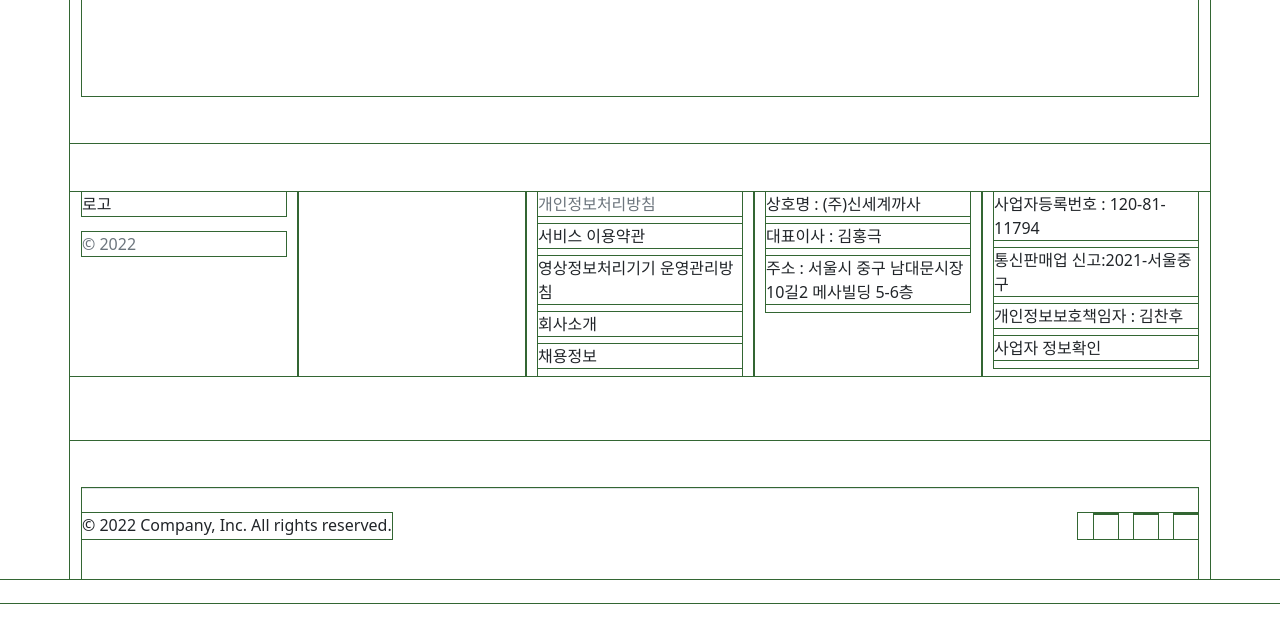
Repository: raoniee/Elice-House-Project
Page: FE/src/components/footer/footer.html
The author's editor kept a copy of each file at every save. The page is drawn from the files as they stood at one save, then again after the next save.
The browser window is 1280 px wide. The pictures show the whole page.

Above is the page before, as saved 2023-07-04 17:02:20.

### FE/src/components/footer/footer.html
<!DOCTYPE html>
<html lang="ko">
  <head>
    <meta charset="UTF-8" />
    <meta http-equiv="X-UA-Compatible" content="IE=edge" />
    <meta name="viewport" content="width=device-width, initial-scale=1.0" />
    <title>Elice-House</title>
    <link
      href="https://cdn.jsdelivr.net/npm/bootstrap@5.2.3/dist/css/bootstrap.min.css"
      rel="stylesheet"
      integrity="sha384-rbsA2VBKQhggwzxH7pPCaAqO46MgnOM80zW1RWuH61DGLwZJEdK2Kadq2F9CUG65"
      crossorigin="anonymous"
    />
    <style>
      * {
        outline: 1px solid #363;
      }
    </style>
  </head>
  <body>
    <div class="container">
      <footer class="py-5"></footer>
      <div class="row py-5 my-5">
        <div class="col mb-3">
          <a
            href="/"
            class="d-flex align-items-center mb-3 link-dark text-decoration-none"
          >
            로고
          </a>
          <p class="text-muted">&copy; 2022</p>
        </div>

        <div class="col mb-3"></div>

        <div class="col mb-3">
          <ul class="nav flex-column">
            <li class="nav-item mb-2 text-muted">개인정보처리방침</li>
            <li class="nav-item mb-2">서비스 이용약관</li>
            <li class="nav-item mb-2">영상정보처리기기 운영관리방침</li>
            <li class="nav-item mb-2">회사소개</li>
            <li class="nav-item mb-2">채용정보</li>
          </ul>
        </div>

        <div class="col mb-3">
          <ul class="nav flex-column">
            <li class="nav-item mb-2">상호명 : (주)신세계까사</li>
            <li class="nav-item mb-2">대표이사 : 김홍극</li>
            <li class="nav-item mb-2">
              주소 : 서울시 중구 남대문시장10길2 메사빌딩 5-6층
            </li>
          </ul>
        </div>

        <div class="col mb-3">
          <ul class="nav flex-column">
            <li class="nav-item mb-2">사업자등록번호 : 120-81-11794</li>
            <li class="nav-item mb-2">통신판매업 신고:2021-서울중구</li>
            <li class="nav-item mb-2">개인정보보호책임자 : 김찬후</li>
            <li class="nav-item mb-2">사업자 정보확인</li>
          </ul>
        </div>
      </div>
      <div
        class="d-flex flex-column flex-sm-row justify-content-between py-4 my-4 border-top"
      >
        <p>&copy; 2022 Company, Inc. All rights reserved.</p>
        <ul class="list-unstyled d-flex">
          <li class="ms-3">
            <a class="link-dark" href="#"
              ><svg class="bi" width="24" height="24">
                <use xlink:href="#twitter" /></svg
            ></a>
          </li>
          <li class="ms-3">
            <a class="link-dark" href="#"
              ><svg class="bi" width="24" height="24">
                <use xlink:href="#instagram" /></svg
            ></a>
          </li>
          <li class="ms-3">
            <a class="link-dark" href="#"
              ><svg class="bi" width="24" height="24">
                <use xlink:href="#facebook" /></svg
            ></a>
          </li>
        </ul>
      </div>
    </div>

    <script
      src="https://cdn.jsdelivr.net/npm/bootstrap@5.2.3/dist/js/bootstrap.bundle.min.js"
      integrity="sha384-kenU1KFdBIe4zVF0s0G1M5b4hcpxyD9F7jL+jjXkk+Q2h455rYXK/7HAuoJl+0I4"
      crossorigin="anonymous"
    ></script>
  </body>
</html>

After the next save:
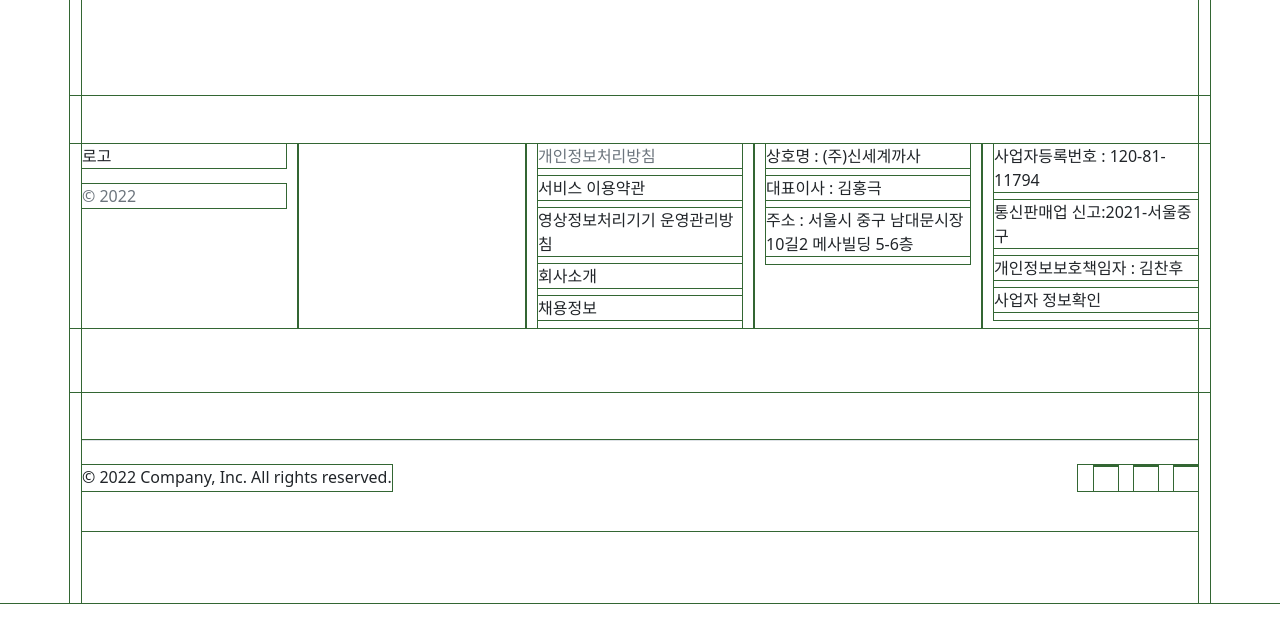
Saved 13 s later.
--- a/FE/src/components/footer/footer.html
+++ b/FE/src/components/footer/footer.html
@@ -19,74 +19,75 @@
   </head>
   <body>
     <div class="container">
-      <footer class="py-5"></footer>
-      <div class="row py-5 my-5">
-        <div class="col mb-3">
-          <a
-            href="/"
-            class="d-flex align-items-center mb-3 link-dark text-decoration-none"
-          >
-            로고
-          </a>
-          <p class="text-muted">&copy; 2022</p>
+      <footer class="py-5">
+        <div class="row py-5 my-5">
+          <div class="col mb-3">
+            <a
+              href="/"
+              class="d-flex align-items-center mb-3 link-dark text-decoration-none"
+            >
+              로고
+            </a>
+            <p class="text-muted">&copy; 2022</p>
+          </div>
+
+          <div class="col mb-3"></div>
+
+          <div class="col mb-3">
+            <ul class="nav flex-column">
+              <li class="nav-item mb-2 text-muted">개인정보처리방침</li>
+              <li class="nav-item mb-2">서비스 이용약관</li>
+              <li class="nav-item mb-2">영상정보처리기기 운영관리방침</li>
+              <li class="nav-item mb-2">회사소개</li>
+              <li class="nav-item mb-2">채용정보</li>
+            </ul>
+          </div>
+
+          <div class="col mb-3">
+            <ul class="nav flex-column">
+              <li class="nav-item mb-2">상호명 : (주)신세계까사</li>
+              <li class="nav-item mb-2">대표이사 : 김홍극</li>
+              <li class="nav-item mb-2">
+                주소 : 서울시 중구 남대문시장10길2 메사빌딩 5-6층
+              </li>
+            </ul>
+          </div>
+
+          <div class="col mb-3">
+            <ul class="nav flex-column">
+              <li class="nav-item mb-2">사업자등록번호 : 120-81-11794</li>
+              <li class="nav-item mb-2">통신판매업 신고:2021-서울중구</li>
+              <li class="nav-item mb-2">개인정보보호책임자 : 김찬후</li>
+              <li class="nav-item mb-2">사업자 정보확인</li>
+            </ul>
+          </div>
         </div>
-
-        <div class="col mb-3"></div>
-
-        <div class="col mb-3">
-          <ul class="nav flex-column">
-            <li class="nav-item mb-2 text-muted">개인정보처리방침</li>
-            <li class="nav-item mb-2">서비스 이용약관</li>
-            <li class="nav-item mb-2">영상정보처리기기 운영관리방침</li>
-            <li class="nav-item mb-2">회사소개</li>
-            <li class="nav-item mb-2">채용정보</li>
-          </ul>
-        </div>
-
-        <div class="col mb-3">
-          <ul class="nav flex-column">
-            <li class="nav-item mb-2">상호명 : (주)신세계까사</li>
-            <li class="nav-item mb-2">대표이사 : 김홍극</li>
-            <li class="nav-item mb-2">
-              주소 : 서울시 중구 남대문시장10길2 메사빌딩 5-6층
+        <div
+          class="d-flex flex-column flex-sm-row justify-content-between py-4 my-4 border-top"
+        >
+          <p>&copy; 2022 Company, Inc. All rights reserved.</p>
+          <ul class="list-unstyled d-flex">
+            <li class="ms-3">
+              <a class="link-dark" href="#"
+                ><svg class="bi" width="24" height="24">
+                  <use xlink:href="#twitter" /></svg
+              ></a>
+            </li>
+            <li class="ms-3">
+              <a class="link-dark" href="#"
+                ><svg class="bi" width="24" height="24">
+                  <use xlink:href="#instagram" /></svg
+              ></a>
+            </li>
+            <li class="ms-3">
+              <a class="link-dark" href="#"
+                ><svg class="bi" width="24" height="24">
+                  <use xlink:href="#facebook" /></svg
+              ></a>
             </li>
           </ul>
         </div>
-
-        <div class="col mb-3">
-          <ul class="nav flex-column">
-            <li class="nav-item mb-2">사업자등록번호 : 120-81-11794</li>
-            <li class="nav-item mb-2">통신판매업 신고:2021-서울중구</li>
-            <li class="nav-item mb-2">개인정보보호책임자 : 김찬후</li>
-            <li class="nav-item mb-2">사업자 정보확인</li>
-          </ul>
-        </div>
-      </div>
-      <div
-        class="d-flex flex-column flex-sm-row justify-content-between py-4 my-4 border-top"
-      >
-        <p>&copy; 2022 Company, Inc. All rights reserved.</p>
-        <ul class="list-unstyled d-flex">
-          <li class="ms-3">
-            <a class="link-dark" href="#"
-              ><svg class="bi" width="24" height="24">
-                <use xlink:href="#twitter" /></svg
-            ></a>
-          </li>
-          <li class="ms-3">
-            <a class="link-dark" href="#"
-              ><svg class="bi" width="24" height="24">
-                <use xlink:href="#instagram" /></svg
-            ></a>
-          </li>
-          <li class="ms-3">
-            <a class="link-dark" href="#"
-              ><svg class="bi" width="24" height="24">
-                <use xlink:href="#facebook" /></svg
-            ></a>
-          </li>
-        </ul>
-      </div>
+      </footer>
     </div>
 
     <script
